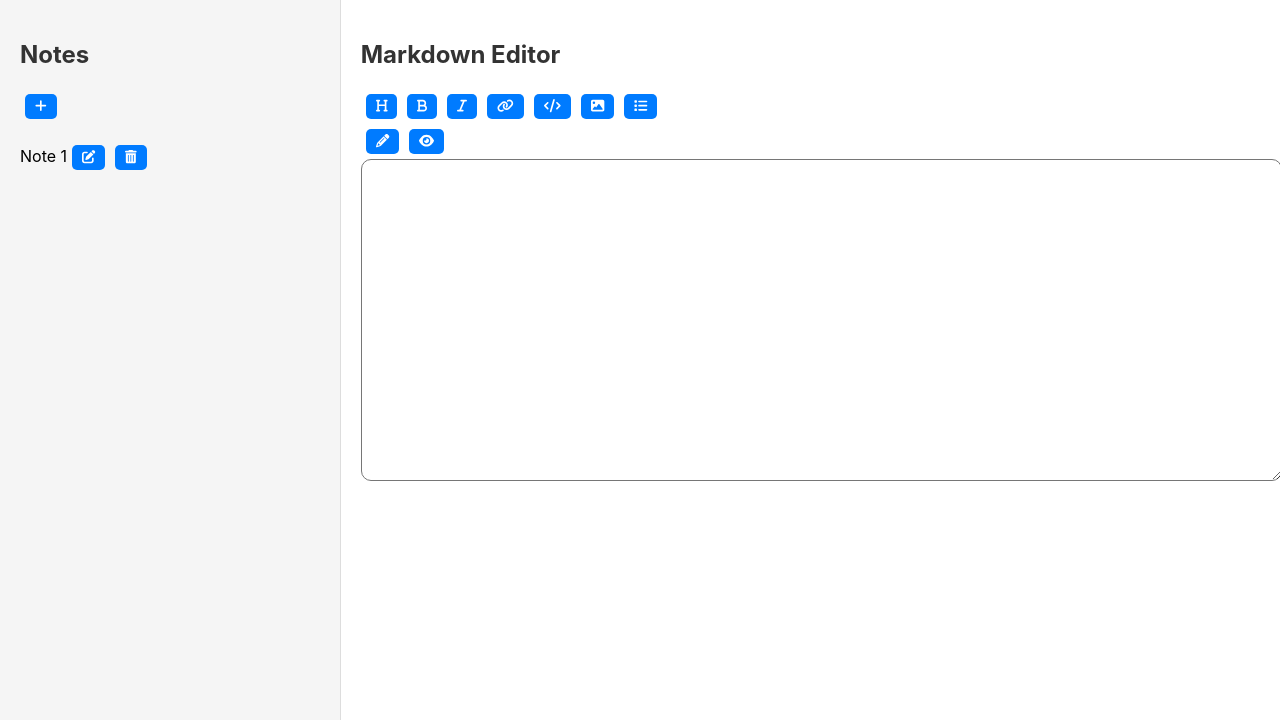
Repository: sriram1224/markdown_editor
Page: /
These files come from the project's save history. The page is drawn as it stood at one moment and after the next save; the edit follows.
The browser window is 1280 px wide. The pictures show the whole page.
The project was rebuilt for these pictures with package versions that can differ from the ones it lists, and the page was loaded fresh each time.

Above is the page before, as saved 2024-04-22 23:17:21.

### src/App.js
import "./App.css";
import MarkdownEditor from './Components/Markdown';
function App() {
  return (
    <div>
     <MarkdownEditor />
    </div>
  );
}

export default App;

### src/App.css
.container {
  display: flex;
  height: 100vh;
}

.notes-container {
  width: 25%;
  background-color: #f5f5f5;
  padding: 20px;
  border-right: 1px solid #ddd;
  overflow-y: auto;
}

.notes-container h2 {
  color: #333;
}

.notes-container ul {
  list-style-type: none;
  padding: 0;
}

.notes-container ul li {
  margin: 10px 0;
}

.markdown-container {
  width: 75%;
  background-color: #fff;
  padding: 20px;
  overflow-y: auto;
}

.markdown-container h2 {
  color: #333;
}

.markdown-container textarea {
  width: 100%;
  height: 300px;
  border-radius: 10px;
  padding: 10px;
  font-size: 16px;
}

.button {
  margin: 5px;
  padding: 5px 10px;
  border: none;
  border-radius: 5px;
  background-color: #007bff;
  color: white;
  cursor: pointer;
}

.button:hover {
  background-color: #0056b3;
}

### src/Components/Markdown.js
import React, { useState, useRef } from 'react';
import ReactMarkdown from 'react-markdown';
import { FontAwesomeIcon } from '@fortawesome/react-fontawesome';
import { faHeading, faBold, faItalic, faLink, faCode, faImage, faList, faEdit, faTrashAlt, faEye, faPencilAlt } from '@fortawesome/free-solid-svg-icons';
import { faPlus } from '@fortawesome/free-solid-svg-icons';


const MarkdownEditor = () => {
  const [notes, setNotes] = useState([{ id: 1, content: '' }]);
  const [currentNoteId, setCurrentNoteId] = useState(1);
  const [markdownContent, setMarkdownContent] = useState('');
  const [showEditor, setShowEditor] = useState(true);

  const textareaRef = useRef();

  const handleNoteAdd = () => {
    const newNoteId = (notes[notes.length - 1]?.id || 0) + 1;
    setNotes([...notes, { id: newNoteId, content: '' }]);
    setCurrentNoteId(newNoteId);
    setMarkdownContent('');
    setShowEditor(true);
  };

  const handleNoteChange = (id, content) => {
    const updatedNotes = notes.map((note) =>
      note.id === id ? { ...note, content } : note
    );
    setNotes(updatedNotes);
  };

  const handleEditorChange = (content) => {
    setMarkdownContent(content);
    handleNoteChange(currentNoteId, content);
  };

  const handleNoteClick = (id) => {
    const note = notes.find(note => note.id === id);
    if (note) {
      setCurrentNoteId(id);
      setMarkdownContent(note.content);
      setShowEditor(true);
    }
  };

  const handleMarkdownFeatureClick = (feature) => {
    const markdownSnippet = {
      heading: '# heading\n',
      bold: '**bold text**\n',
      italic: '*italic text*\n',
      link: '[link text](http://example.com)\n',
      code: '`code`\n',
      image: '![alt text](image.jpg)\n',
      list: '- list item\n',
    }[feature];

    const cursorPosition = textareaRef.current.selectionStart;
    const newMarkdownContent = [
      markdownContent.slice(0, cursorPosition),
      markdownSnippet,
      markdownContent.slice(cursorPosition),
    ].join('');

    setMarkdownContent(newMarkdownContent);
    handleNoteChange(currentNoteId, newMarkdownContent);
  };

  const handleNoteDelete = (id) => {
    setNotes(notes.filter(note => note.id !== id));
    if (id === currentNoteId) {
      setCurrentNoteId(null);
      setMarkdownContent('');
      setShowEditor(false);
    }
  };

  return (
    <div className="container">
      <div className="notes-container">
              <div>
              <h2>Notes</h2>
       <button className="button" onClick={handleNoteAdd}>
  <FontAwesomeIcon icon={faPlus} />
</button>

              </div><ul>
          {notes.map((note) => (
            <li key={note.id}>
              Note {note.id}
              <button className="button" onClick={() => handleNoteClick(note.id)}><FontAwesomeIcon icon={faEdit} /></button>
              <button className="button" onClick={() => handleNoteDelete(note.id)}><FontAwesomeIcon icon={faTrashAlt} /></button>
            </li>
          ))}
        </ul>
      </div>
      <div className="markdown-container">
        <h2>Markdown Editor</h2>
        <div>
          <button className="button" onClick={() => handleMarkdownFeatureClick('heading')}><FontAwesomeIcon icon={faHeading} /></button>
          <button className="button" onClick={() => handleMarkdownFeatureClick('bold')}><FontAwesomeIcon icon={faBold} /></button>
          <button className="button" onClick={() => handleMarkdownFeatureClick('italic')}><FontAwesomeIcon icon={faItalic} /></button>
          <button className="button" onClick={() => handleMarkdownFeatureClick('link')}><FontAwesomeIcon icon={faLink} /></button>
          <button className="button" onClick={() => handleMarkdownFeatureClick('code')}><FontAwesomeIcon icon={faCode} /></button>
          <button className="button" onClick={() => handleMarkdownFeatureClick('image')}><FontAwesomeIcon icon={faImage} /></button>
          <button className="button" onClick={() => handleMarkdownFeatureClick('list')}><FontAwesomeIcon icon={faList} /></button>
        </div>
        <div>
          <button className="button" onClick={() => setShowEditor(true)}><FontAwesomeIcon icon={faPencilAlt} /></button>
          <button className="button" onClick={() => setShowEditor(false)}><FontAwesomeIcon icon={faEye} /></button>
        </div>
        {showEditor ? (
          <textarea
            ref={textareaRef}
            value={markdownContent}
            onChange={(e) => handleEditorChange(e.target.value)}
            className="textarea"
          />
        ) : (
          <ReactMarkdown className="markdown-content">{markdownContent}</ReactMarkdown>
        )}
      </div>
    </div>
  );
};

export default MarkdownEditor;

Loaded but not shown: public/index.html (common file); src/index.js (common file); src/index.css (common file); src/reportWebVitals.js (common file)

After the next save:
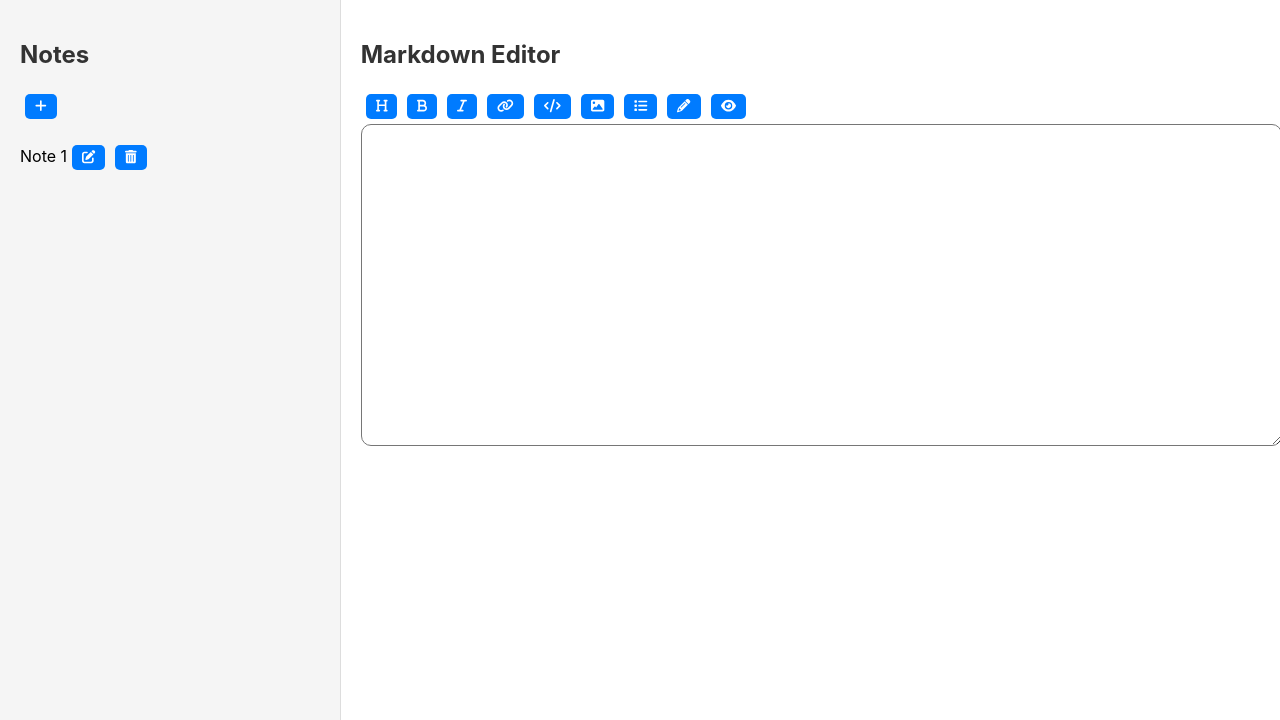
Saved 2 min 57 s later.
--- a/src/Components/Markdown.js
+++ b/src/Components/Markdown.js
@@ -102,8 +102,7 @@ const MarkdownEditor = () => {
           <button className="button" onClick={() => handleMarkdownFeatureClick('code')}><FontAwesomeIcon icon={faCode} /></button>
           <button className="button" onClick={() => handleMarkdownFeatureClick('image')}><FontAwesomeIcon icon={faImage} /></button>
           <button className="button" onClick={() => handleMarkdownFeatureClick('list')}><FontAwesomeIcon icon={faList} /></button>
-        </div>
-        <div>
+
           <button className="button" onClick={() => setShowEditor(true)}><FontAwesomeIcon icon={faPencilAlt} /></button>
           <button className="button" onClick={() => setShowEditor(false)}><FontAwesomeIcon icon={faEye} /></button>
         </div>
